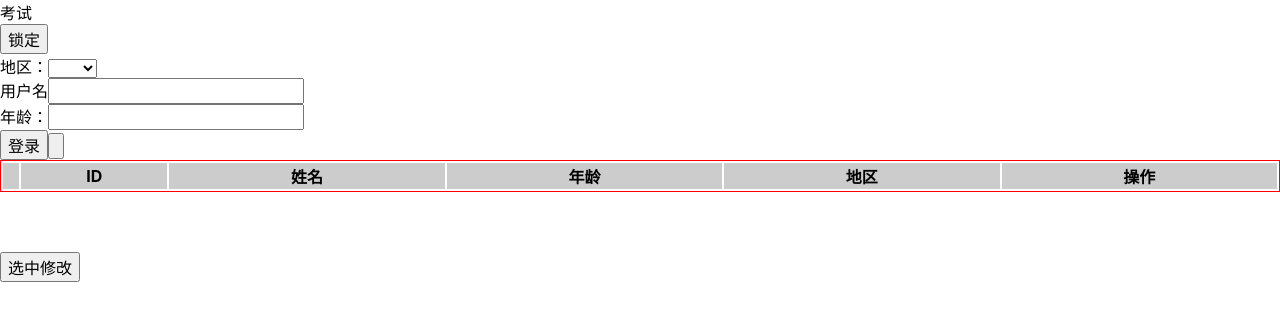
Repository: Sjl-2114/2006z
Page: / (app in A卷/vue-kaoshi/)
The author's editor kept a copy of each file at every save. The page is drawn from the files as they stood at one save, then again after a run of saves.
The browser window is 1280 px wide. The pictures show the whole page.
The project was rebuilt for these pictures with package versions that can differ from the ones it lists, and the page was loaded fresh each time.

Above is the page before, as saved 2021-04-28 17:10:50.

### A卷/vue-kaoshi/src/main.js
import Vue from 'vue'
import App from './App.vue'

Vue.config.productionTip = false

import Vant from 'vant';
import 'vant/lib/index.css';

Vue.use(Vant);
new Vue({
  render: h => h(App),
}).$mount('#app')

### A卷/vue-kaoshi/src/App.vue
<template>
  <div>
    考试
    <br />
    <button @click="suo">{{ das }}</button>
    <br />
    <span>地区：</span>
    <select v-model="ss">
      <option
        :value="item.name"
        v-for="(item, index) in list"
        :disabled="isT"
        :key="index"
      >
        {{ item.name }}
      </option>
    </select>
    <br />
    <span>用户名</span>
    <input type="text" v-model="username" :disabled="isT" />
    <br />
    <span>年龄：</span>
    <input type="number" v-model="age" :disabled="isT" />
    <br />
    <button @click="abb" v-if="isShow" :disabled="isT">登录</button>
    <button v-else @click="xiu" :disabled="isT">修改</button>
    <button @click="pai">
          <van-icon ></van-icon>
    </button>
    <br />
    <table style="width: 100%" class="table">
      <thead>
        <tr>
          <th></th>
          <th>ID</th>
          <th>姓名</th>
          <th>年龄</th>
          <th>地区</th>
          <th>操作</th>
        </tr>
      </thead>
      <tbody>
        <tr v-for="(item, index) in goods" :key="index">
          <td>
            <input
              type="checkbox"
              :value="index"
              v-model="checked"
              :disabled="isT"
            />
          </td>
          <td>{{ item.id }}</td>
          <td>{{ item.username }}</td>
          <td>{{ item.age }}</td>
          <td>{{ item.ss }}</td>
          <td>
            <button @click="gai(index)" :disabled="isT">修改</button>
            <button @click="del(index)" :disabled="isT">删除</button>
          </td>
        </tr>
      </tbody>
    </table>
    <br />
    <br />
    <br />
    <div>
      <button @click="xuan" :disabled="isT">选中修改</button>
    </div>
  </div>
</template>
<script>
import data from "../public/data.json";
export default {
  data() {
    return {
      das: "锁定",
      list: data.data,
      username: "",
      age: "",
      isShow: true,
      goods: [],
      num: 1,
      ss: "",
      time: 4,
      userIndex: "",
      checked: [],
      isT: false,
    };
  },
  methods: {
    abb() {
      let obj = {
        username: this.username,
        age: this.age,
        isShow: this.isShow,
        id: this.num++,
        ss: this.ss,
      };

      this.goods.push(obj);
    },
    del(index) {
      this.goods.splice(index, 1);
    },
    gai(index) {
      let data = this.goods[index];

      this.isShow = false;
      this.username = data.username;
      this.age = data.age;
      this.ss = data.ss;
      this.userIndex = index;
    },
    xiu() {
      console.log(this.goods[this.userIndex]);
      this.goods[this.userIndex].username = this.username;
      this.goods[this.userIndex].age = this.age;
      this.goods[this.userIndex].ss = this.ss;
      this.isShow = true;
      this.username = ''
      this.age =''
      this.ss = ''
    },
    xuan() {
      this.checked
        .sort((a, b) => {
          return b - a;
        })
        .forEach((item) => {
          this.goods.splice(item, 1);
        });
      this.checked = [];
    },
    suo() {
      if (this.das == "锁定") {
        let timer = setInterval(() => {
          this.time--;
          this.das = this.time + "秒后可以解锁";
          this.isT = true;
          if (this.time == 0) {
            clearInterval(timer);
            this.das = "解锁";
            this.time = 4;
          }
        }, 1000);
      } else {
        this.das = '锁定'
        this.isT = false;
      }
    },
    pai(){
        this.goods.age.sort( (a,b) => {
            return a - b
        })
    }
  },
};
</script>
<style>
.table {
  text-align: center;
  border: 1px solid red;
}
thead {
  background: #ccc;
}
td {
  border: 1px solid #ccc;
}
</style>

### A卷/vue-kaoshi/public/data.json
{
  "data": [
    {
      "id": 1,
      "name": "北京"
    },
    {
      "id": 2,
      "name": "上海"
    },
    {
      "id": 3,
      "name": "广州"
    },
    {
      "id": 4,
      "name": "成都"
    }
  ]
}

Loaded but not shown: A卷/vue-kaoshi/public/index.html (common file)

After the next 3 saves:
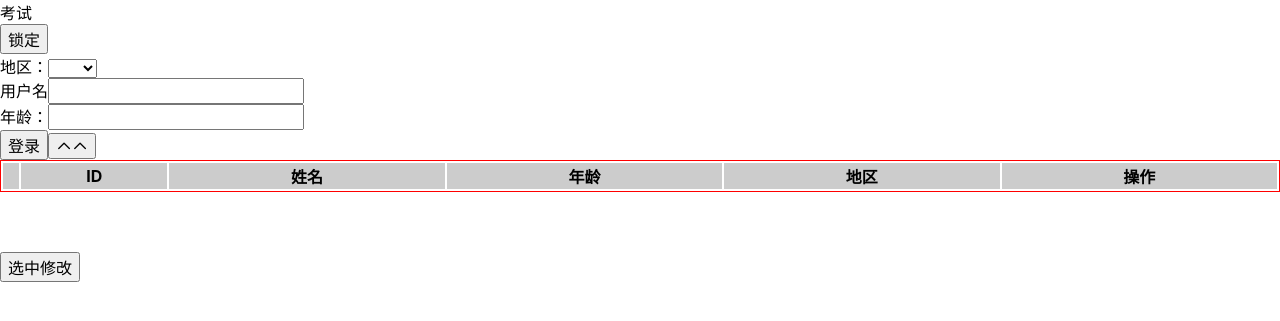
The 3 saves are shown as one change because they came seconds apart.
The last was saved 29 s later.
--- a/A卷/vue-kaoshi/src/App.vue
+++ b/A卷/vue-kaoshi/src/App.vue
@@ -25,7 +25,8 @@
     <button @click="abb" v-if="isShow" :disabled="isT">登录</button>
     <button v-else @click="xiu" :disabled="isT">修改</button>
     <button @click="pai">
-          <van-icon ></van-icon>
+          <van-icon name="arrow-up"></van-icon>
+          <van-icon name="arrow-up"></van-icon>
     </button>
     <br />
     <table style="width: 100%" class="table">
